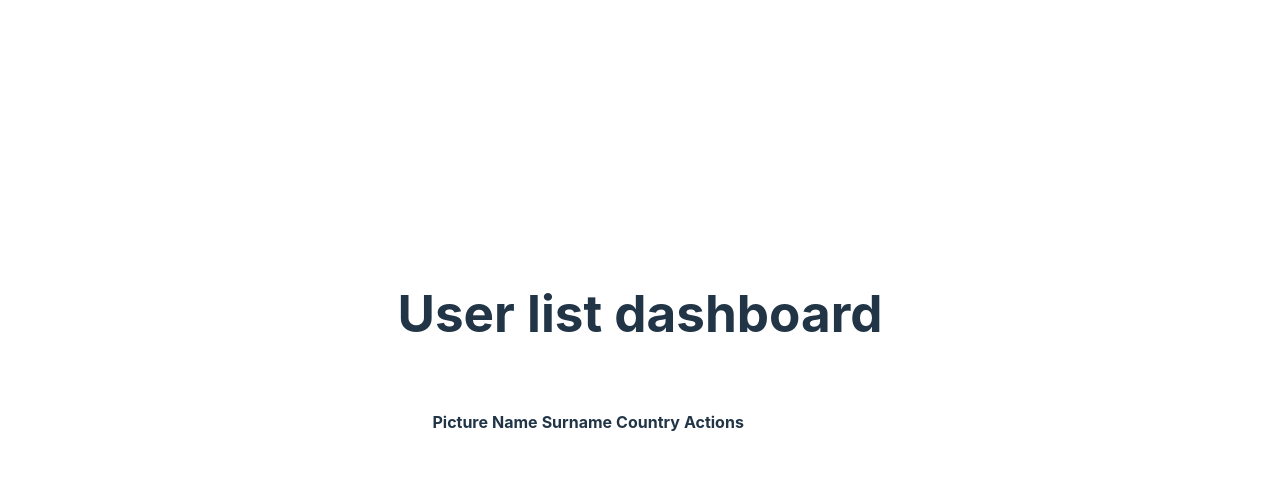
Repository: atzin-escandia/react-typescript-users-dashboard
Page: /
These files come from the project's save history. The page is drawn as it stood at one moment and after the next save; the edit follows.
The browser window is 1280 px wide. The pictures show the whole page.
The page's requests for data from a server got no answer. The project was rebuilt for these pictures with package versions that can differ from the ones it lists, and the page was loaded fresh each time. No one was signed in, and anything a server would have sent is missing. Also part of the build but not shown: vite.config.ts.

Above is the page before, as saved 2023-10-08 21:41:10.

After the next save:
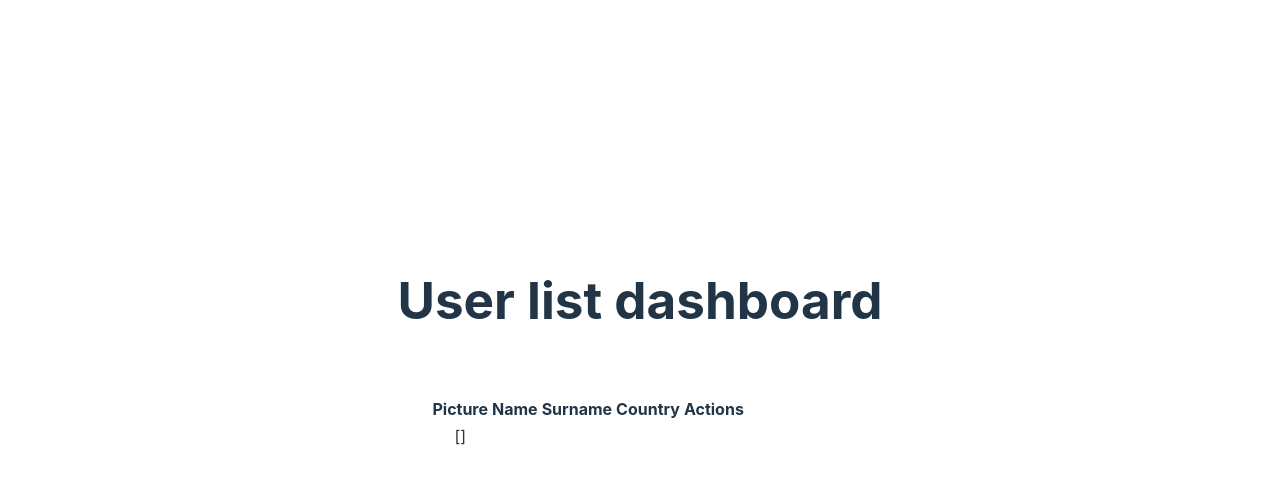
Saved 84 s later.
--- a/src/components/UsersList.tsx
+++ b/src/components/UsersList.tsx
@@ -30,12 +30,7 @@
             ))}
           </tr>
         </thead>
-        <tbody>
-          {users &&
-            users.map((user: User, index: number) => {
-              return <UserRow key={index} user={user} />;
-            })}
-        </tbody>
+        <tbody>{JSON.stringify(users)}</tbody>
       </table>
     </div>
   );
